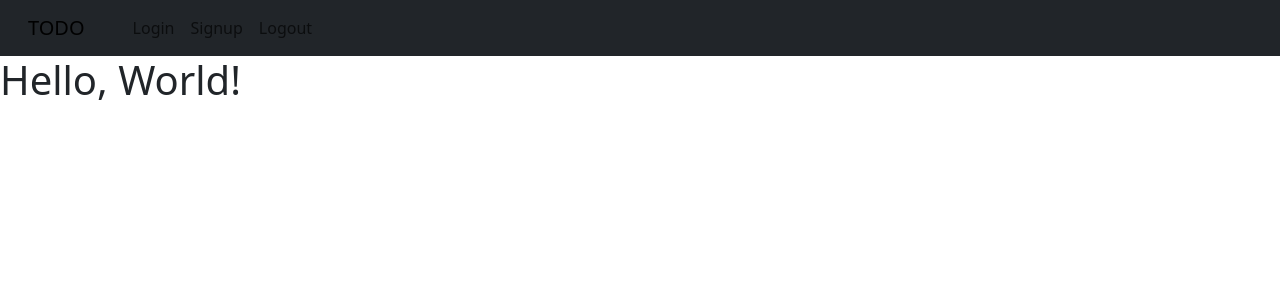
Repository: Anamikatiwari/Todo
Page: http://localhost/
These files come from the project's save history. The page is drawn as it stood at one moment and after the next save; the edit follows.
The browser window is 1280 px wide. The pictures show the whole page.
The page is served by the project's application, run on Django 5.2 (manage.py). Other server files are loaded and not shown.

Above is the page before, as saved 2024-08-25 18:22:32.

### app/templates/index.html

{% extends "base.html" %}

{% block content %}
<div>
  <h1>Hello, World!</h1>
</div>
{% endblock content %}

### app/templates/base.html
<!DOCTYPE html>
<!--<html lang="ar" dir="rtl">-->
<html lang="en">
  <head>

    <meta charset="utf-8">
    <meta name="viewport" content="width=device-width, initial-scale=1">

    <!-- Bootstrap CSS -->
    <link rel="stylesheet" href="https://cdn.jsdelivr.net/npm/bootstrap@5.3.3/dist/css/bootstrap.rtl.min.css" integrity="sha384-dpuaG1suU0eT09tx5plTaGMLBsfDLzUCCUXOY2j/LSvXYuG6Bqs43ALlhIqAJVRb" crossorigin="anonymous">

    <title>Hello World</title>
  </head>
  <body>

<!--navbar start-->
<nav class="navbar navbar-expand-lg  navbar-success bg-dark">
    <div class="container-fluid">
      <a class="navbar-brand" href="/">TODO</a>
      <button class="navbar-toggler" type="button" data-bs-toggle="collapse" data-bs-target="#navbarNav" aria-controls="navbarNav" aria-expanded="false" aria-label="Toggle navigation">
        <span class="navbar-toggler-icon"></span>
      </button>
      <div class="collapse navbar-collapse" id="navbarNav">
        <ul class="navbar-nav ml-auto">

          <li class="nav-item">
            <a class="nav-link" href="/login">Login</a>
          </li>

          <li class="nav-item">
            <a class="nav-link" href="/signup">Signup</a>
          </li>

          <li class="nav-item">
            <a class="nav-link" href="/logout">Logout</a>
          </li>

        </ul>
      </div>
    </div>
  </nav>
  <!--Changing Content-->
  <div>
    {% block content %}

    {% endblock content %}
  </div>

  <!--end-->

  <script src="https://cdn.jsdelivr.net/npm/bootstrap@5.3.3/dist/js/bootstrap.bundle.min.js" integrity="sha384-YvpcrYf0tY3lHB60NNkmXc5s9fDVZLESaAA55NDzOxhy9GkcIdslK1eN7N6jIeHz" crossorigin="anonymous"></script>

</body>
</html>

### app/views.py
from django.shortcuts import render, redirect
from django.http import HttpResponse
from django.contrib.auth import authenticate, login as loginUser
from django.contrib.auth.forms import UserCreationForm, AuthenticationForm


# Create your views here.

def home(request):
    return render(request, 'index.html')

def login(request):
    if request.method == 'GET':
        form = AuthenticationForm()
        context = {
            'form': form
        }
        return render(request, 'login.html', context=context)
    else:
        form = AuthenticationForm(data=request.POST)
        if form.is_valid():
            username = form.cleaned_data.get('username')
            password = form.cleaned_data.get('password')
            user = authenticate(username=username, password=password)
            if user is not None:
                loginUser(request, user)
                return redirect('home')
        else:
            context = {
            'form': form
            }
            return render(request, 'login.html', context=context)




def signup(request):

    if request.method == 'GET':
        form = UserCreationForm()
        context = {
            'form': form
        }
        return render(request, 'signup.html', context=context)
    else:
        print(request.POST)
        form = UserCreationForm(request.POST)
        context = {
            'form': form
        }
        if form.is_valid():
            user = form.save()
            print('User created:', user)
            if user is not None:
                return redirect('login')
        else:
            print('Form is not valid')
            return render(request, 'signup.html', context=context)

### todo/urls.py
"""
URL configuration for todo project.

The `urlpatterns` list routes URLs to views. For more information please see:
    https://docs.djangoproject.com/en/5.1/topics/http/urls/
Examples:
Function views
    1. Add an import:  from my_app import views
    2. Add a URL to urlpatterns:  path('', views.home, name='home')
Class-based views
    1. Add an import:  from other_app.views import Home
    2. Add a URL to urlpatterns:  path('', Home.as_view(), name='home')
Including another URLconf
    1. Import the include() function: from django.urls import include, path
    2. Add a URL to urlpatterns:  path('blog/', include('blog.urls'))
"""
from django.contrib import admin
from django.urls import path, include

urlpatterns = [
    path('admin/', admin.site.urls),
    path('', include('app.urls'))
]

### app/urls.py
from django.contrib import admin
from django.urls import path, include
from app.views import home, login, signup


urlpatterns = [
    path('', home, name='home'),
    path('login/', login, name='login'),
    path('signup/', signup, name='signup')
]

After the next save:
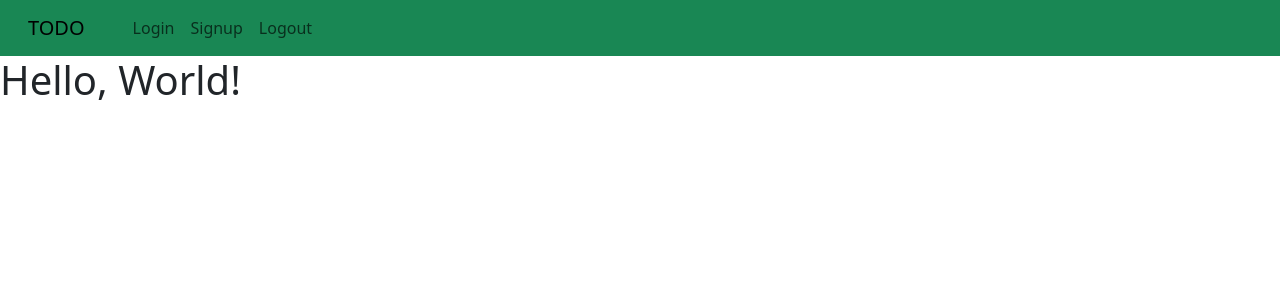
Saved 6 s later.
--- a/app/templates/base.html
+++ b/app/templates/base.html
@@ -14,7 +14,7 @@
   <body>
 
 <!--navbar start-->
-<nav class="navbar navbar-expand-lg  navbar-success bg-dark">
+<nav class="navbar navbar-expand-lg  navbar-success bg-success">
     <div class="container-fluid">
       <a class="navbar-brand" href="/">TODO</a>
       <button class="navbar-toggler" type="button" data-bs-toggle="collapse" data-bs-target="#navbarNav" aria-controls="navbarNav" aria-expanded="false" aria-label="Toggle navigation">

After the save that followed:
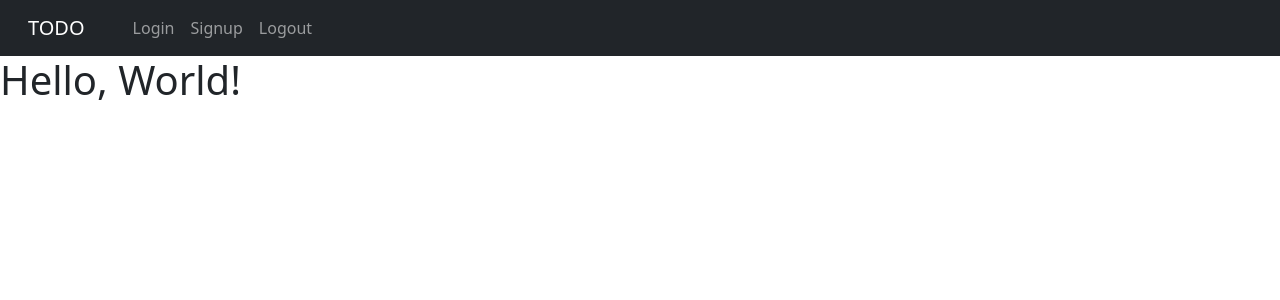
Saved 32 s later.
--- a/app/templates/base.html
+++ b/app/templates/base.html
@@ -14,7 +14,7 @@
   <body>
 
 <!--navbar start-->
-<nav class="navbar navbar-expand-lg  navbar-success bg-success">
+<nav class="navbar navbar-expand-lg  navbar-dark bg-dark">
     <div class="container-fluid">
       <a class="navbar-brand" href="/">TODO</a>
       <button class="navbar-toggler" type="button" data-bs-toggle="collapse" data-bs-target="#navbarNav" aria-controls="navbarNav" aria-expanded="false" aria-label="Toggle navigation">
